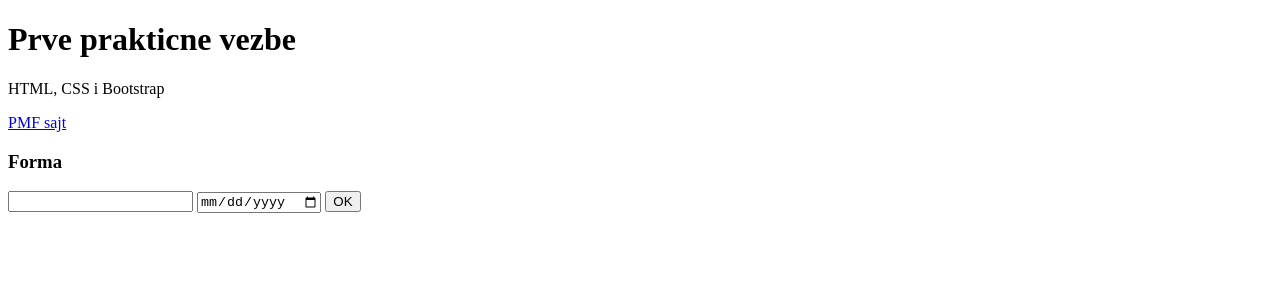
Repository: bojanludajic/Razvoj-Informacionih-Sistema
Page: Vezbe1/src/main/webapp/index.html
These files come from the project's save history. The page is drawn as it stood at one moment and after the next save; the edit follows.
The browser window is 1280 px wide. The pictures show the whole page.

Above is the page before, as saved 2024-10-22 11:34:35.

After the next save:
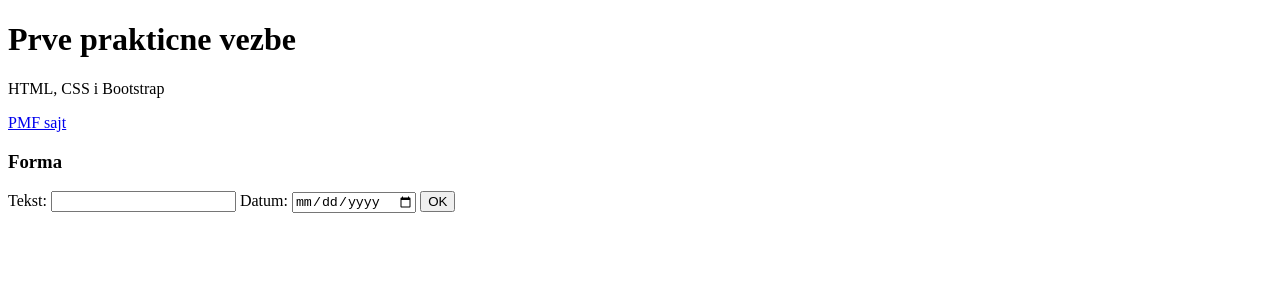
Saved 105 s later.
--- a/Vezbe1/src/main/webapp/index.html
+++ b/Vezbe1/src/main/webapp/index.html
@@ -12,8 +12,8 @@
 
 <h3>Forma</h3>
 <form>
-	<input type="text">
-	<input type="date">
+	Tekst: <input type="text">
+	Datum: <input type="date">
 	<input type="submit" value="OK">
 </form>
 </body>
